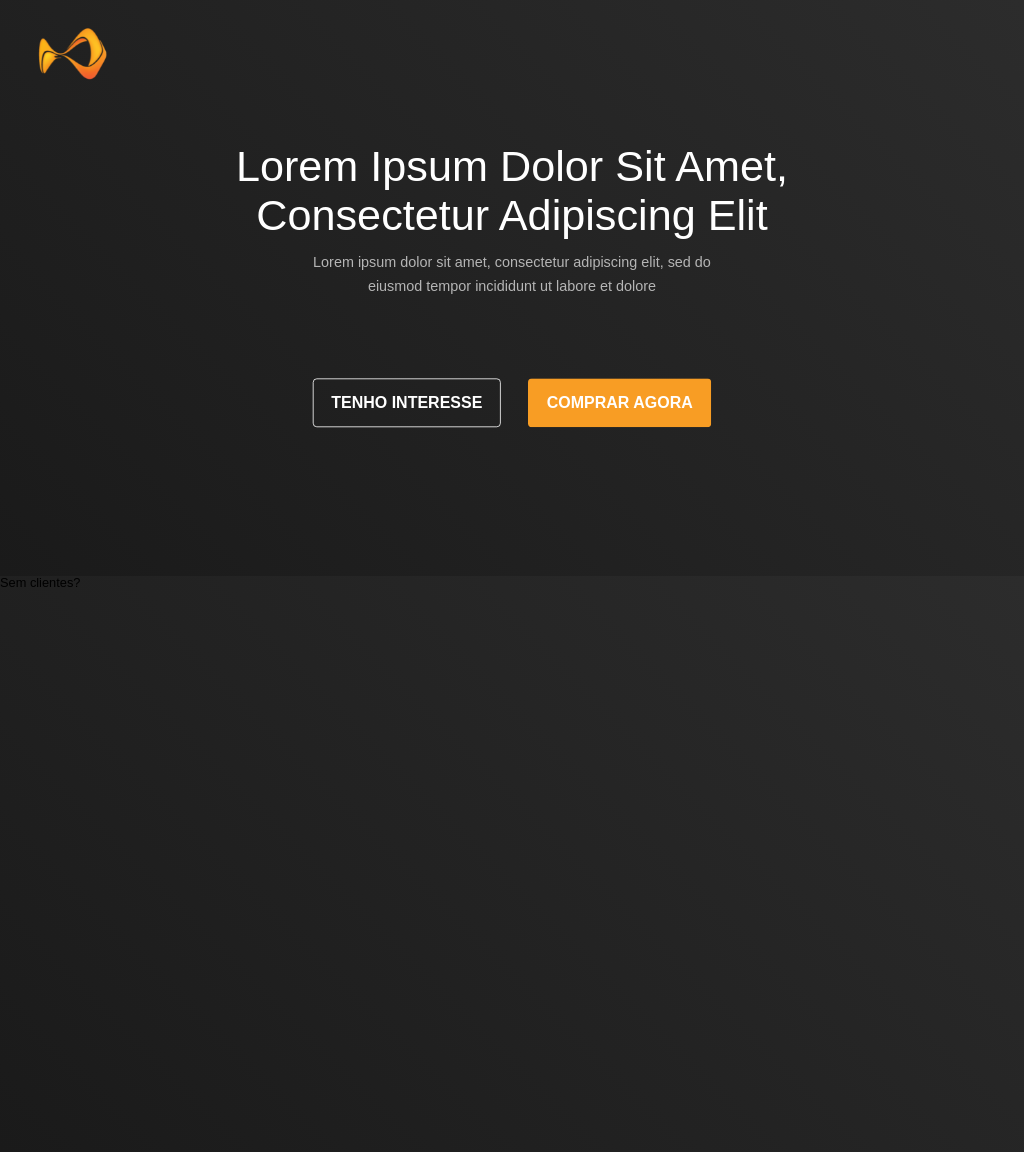
Repository: Rafael-Araujo-dev/Treinamento-Raccoon
Page: Projeto-2/index.html
An editor plug-in stored every save of this project. The page is shown before and after the next save, followed by the edit.
The browser window is 1280 px wide. The pictures show the whole page, at 80% of full size.
Some web fonts or font styles are not loaded; a fallback is used.

Above is the page before, as saved 2021-09-23 07:52:22.

After the next save:
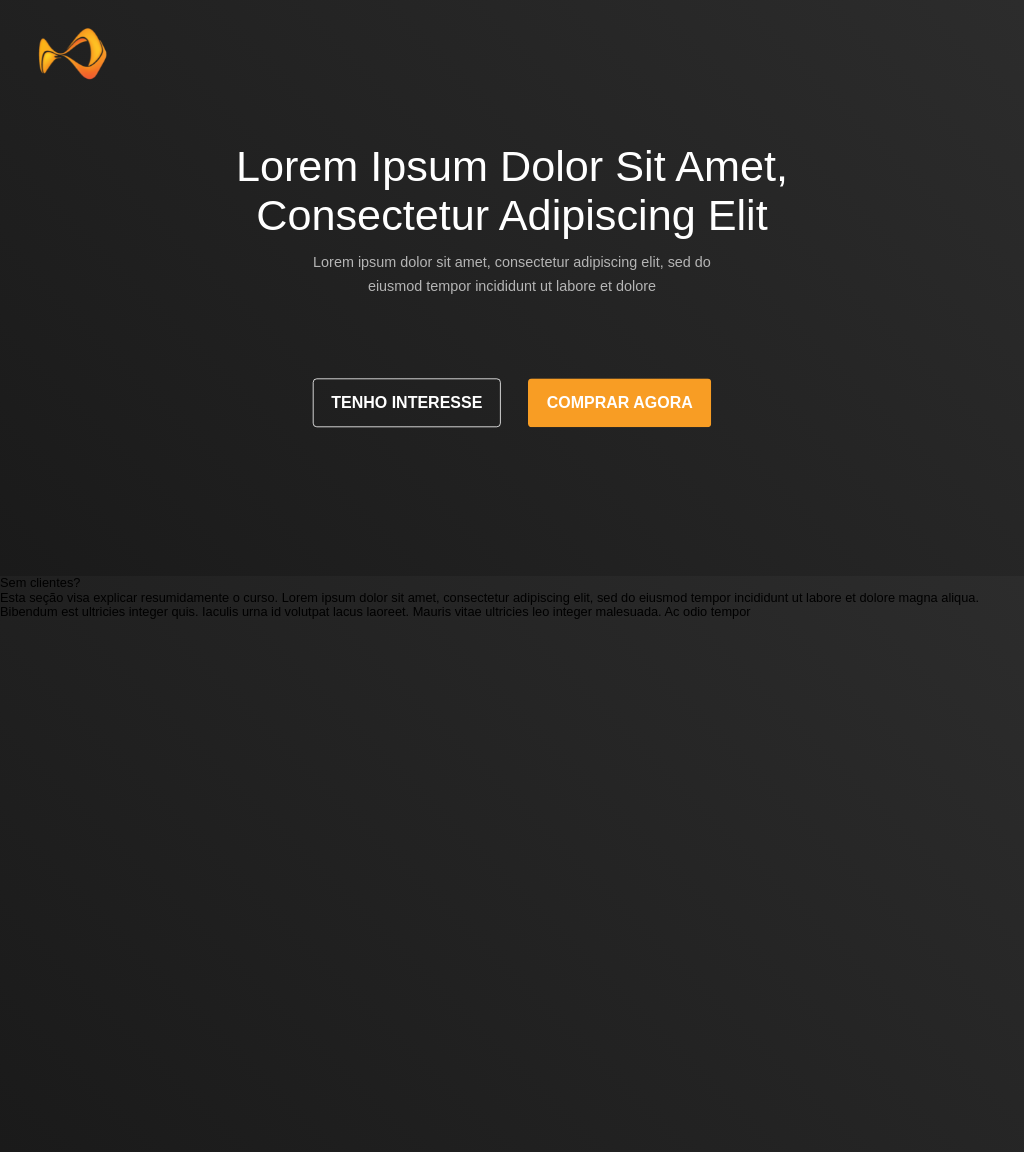
Saved 7 s later.
--- a/Projeto-2/index.html
+++ b/Projeto-2/index.html
@@ -40,7 +40,7 @@
                         Sem clientes?
                     </div>
                     <div class="text">
-
+                        Esta seção visa explicar resumidamente o curso. Lorem ipsum dolor sit amet, consectetur adipiscing elit, sed do eiusmod tempor incididunt ut labore et dolore magna aliqua. Bibendum est ultricies integer quis. Iaculis urna id volutpat lacus laoreet. Mauris vitae ultricies leo integer malesuada. Ac odio tempor
                     </div>
                 </div>
                 <div class="col l">
